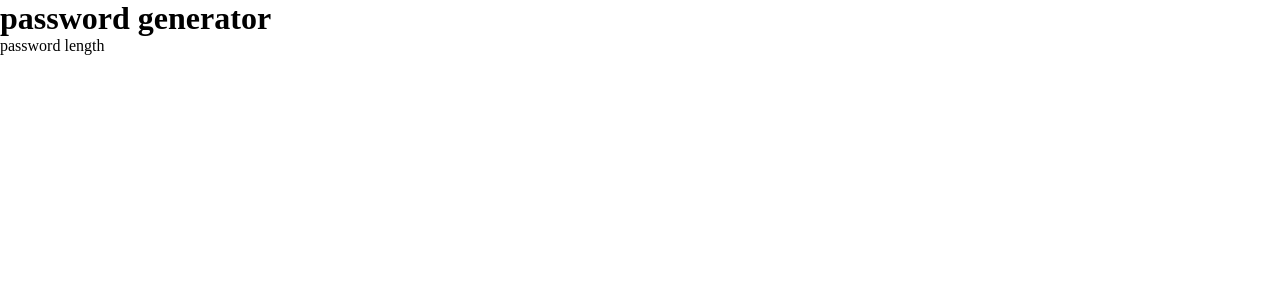
Repository: Eugene44-hub/password-generator
Page: index.html
These files come from the project's save history. The page is drawn as it stood at one moment and after a run of saves; the edit follows.
The browser window is 1280 px wide. The pictures show the whole page.

Above is the page before, as saved 2021-09-23 10:15:22.

After the next 2 saves:
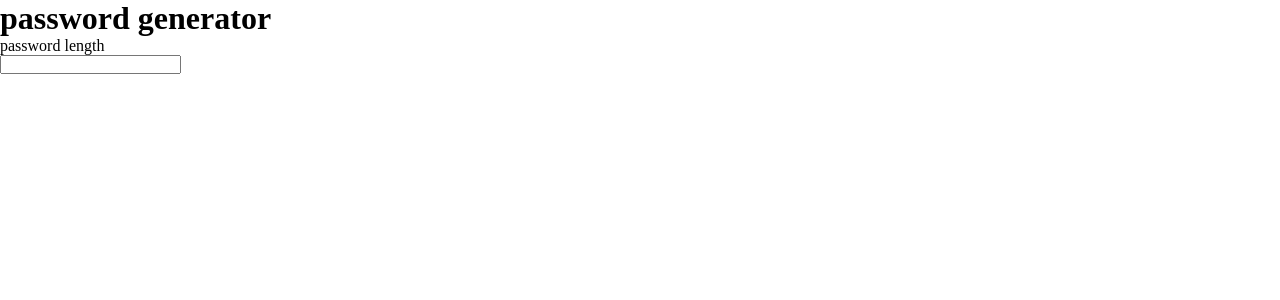
The 2 saves are shown as one change because they came seconds apart.
The last was saved 13 s later.
--- a/index.html
+++ b/index.html
@@ -17,6 +17,7 @@
         </div>
         <div class="select-options">
             <p>password length</p>
+            <input type="number">
         </div>
     </div>
     <script src="app.js"></script>
